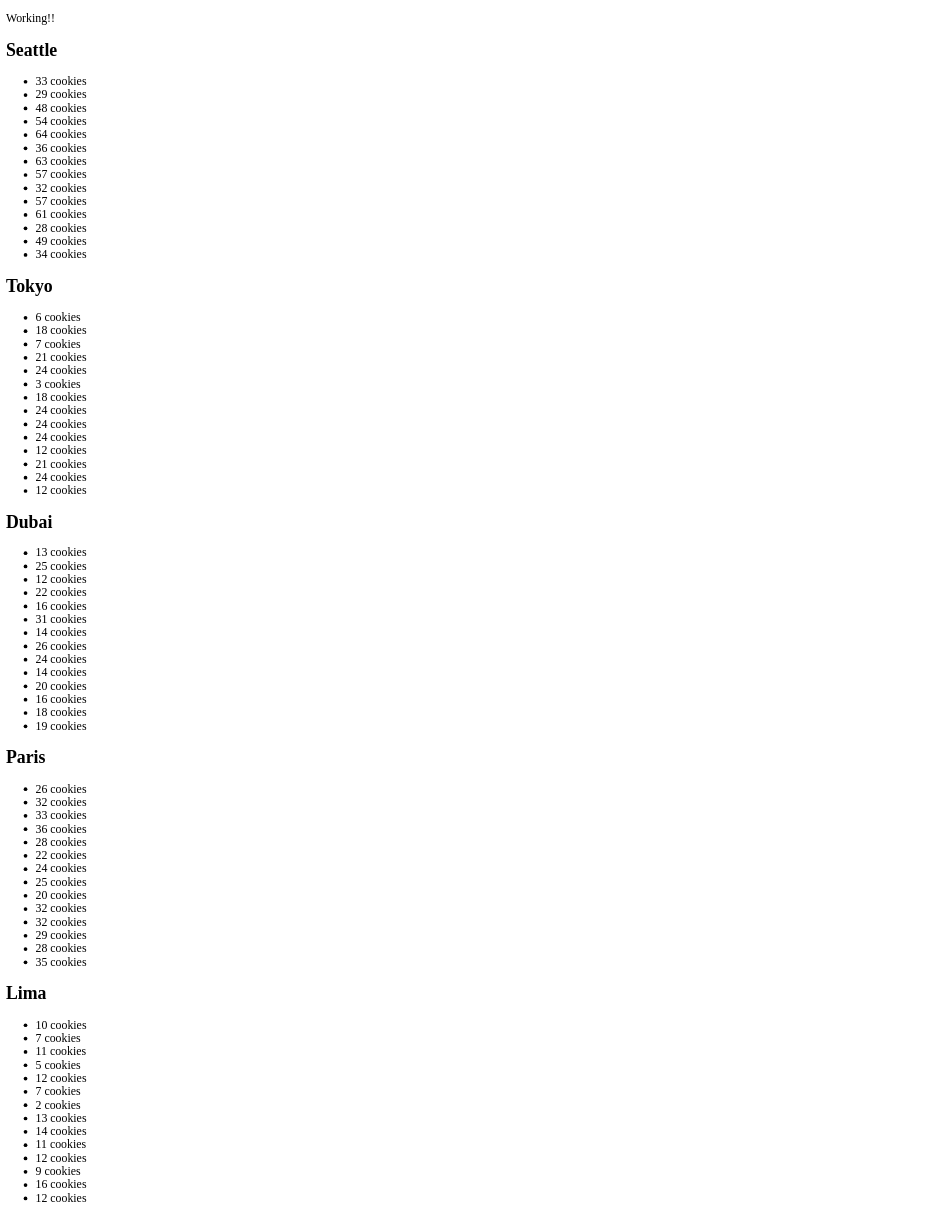
Repository: aaron1986/cookie_stand
Page: sales.html
An editor plug-in stored every save of this project. The page is shown before and after the next save, followed by the edit.
The browser window is 1280 px wide. The pictures show the whole page, at 74% of full size.

Above is the page before, as saved 2023-09-26 08:32:02.

After the next save:
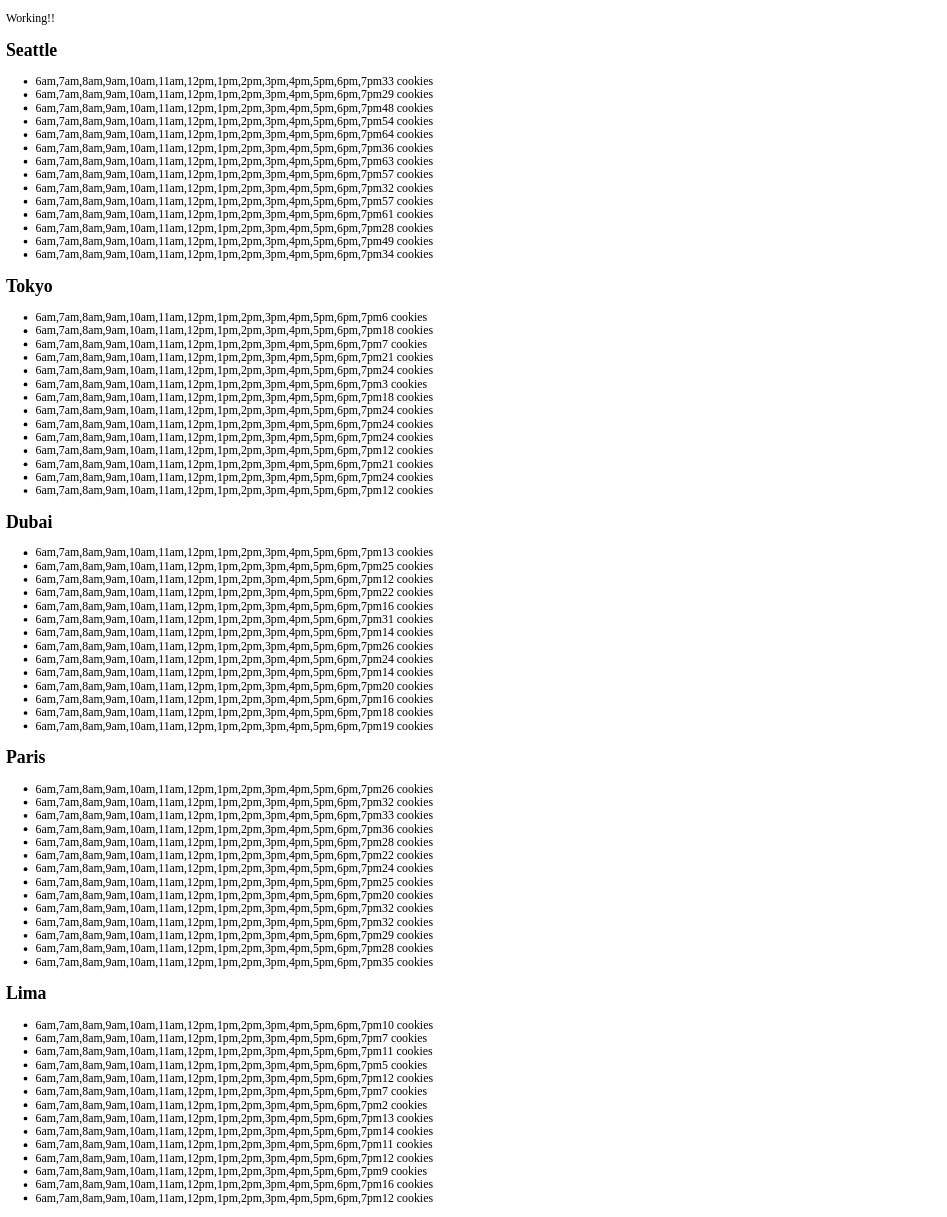
Saved 119 s later.
--- a/app.js
+++ b/app.js
@@ -186,7 +186,7 @@ function createShopLocation(locationData) {
     const ul = document.createElement("ul");
     for(let i = 0; i < locationData.customersPerHour.length; i++) {
         const li = document.createElement("li");
-        li.textContent = locationData.customersPerHour[i] + " cookies";
+        li.textContent = Hours + locationData.customersPerHour[i] + " cookies";
         ul.appendChild(li);
     }
 
